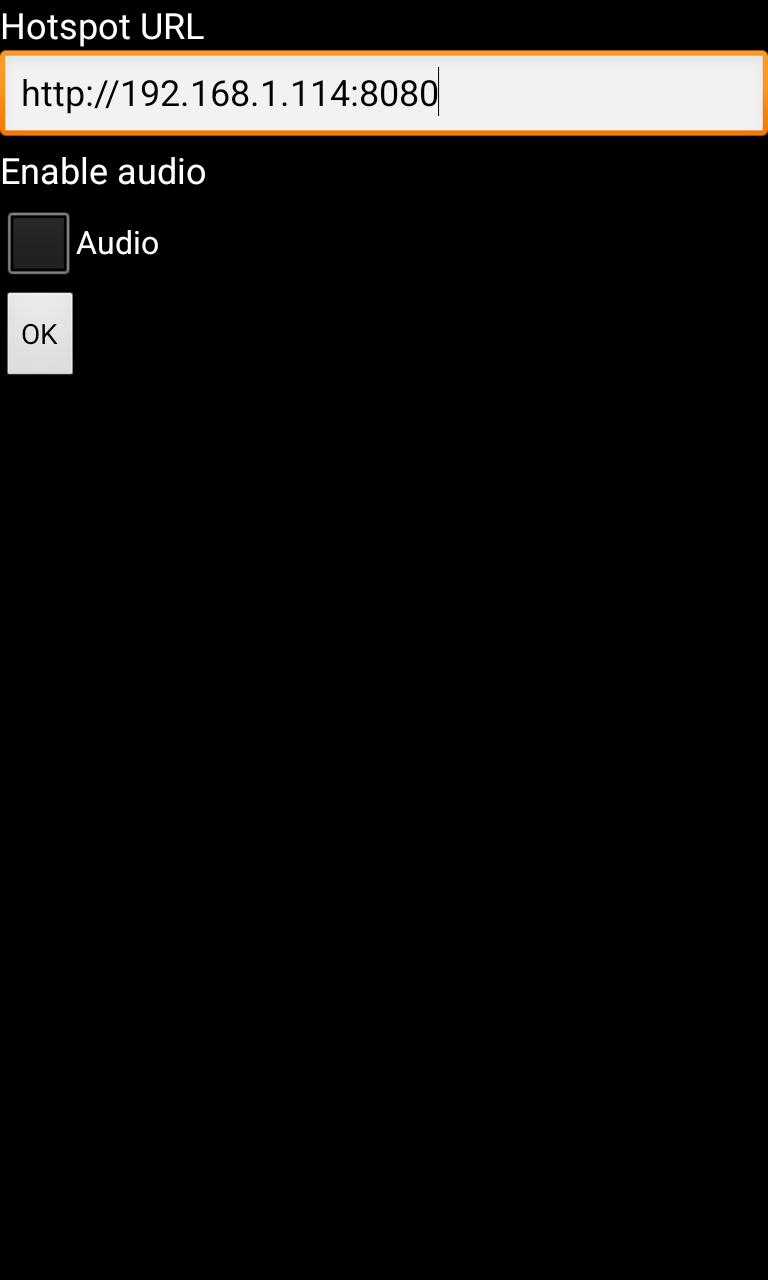
Repository: ebu/ebu-broadcast-hotspot
Layout: eclipse/broadcastinghotspot/res/layout/configuration.xml
An editor plug-in stored every save of this project. The layout is shown before and after the next save, followed by the edit.
It is drawn on a 768 x 1280 px phone screen (xhdpi) without system bars, with theme android:Theme; the app's code is not run.

Above is the layout before, as saved 2011-08-30 12:43:22.

After the next save:
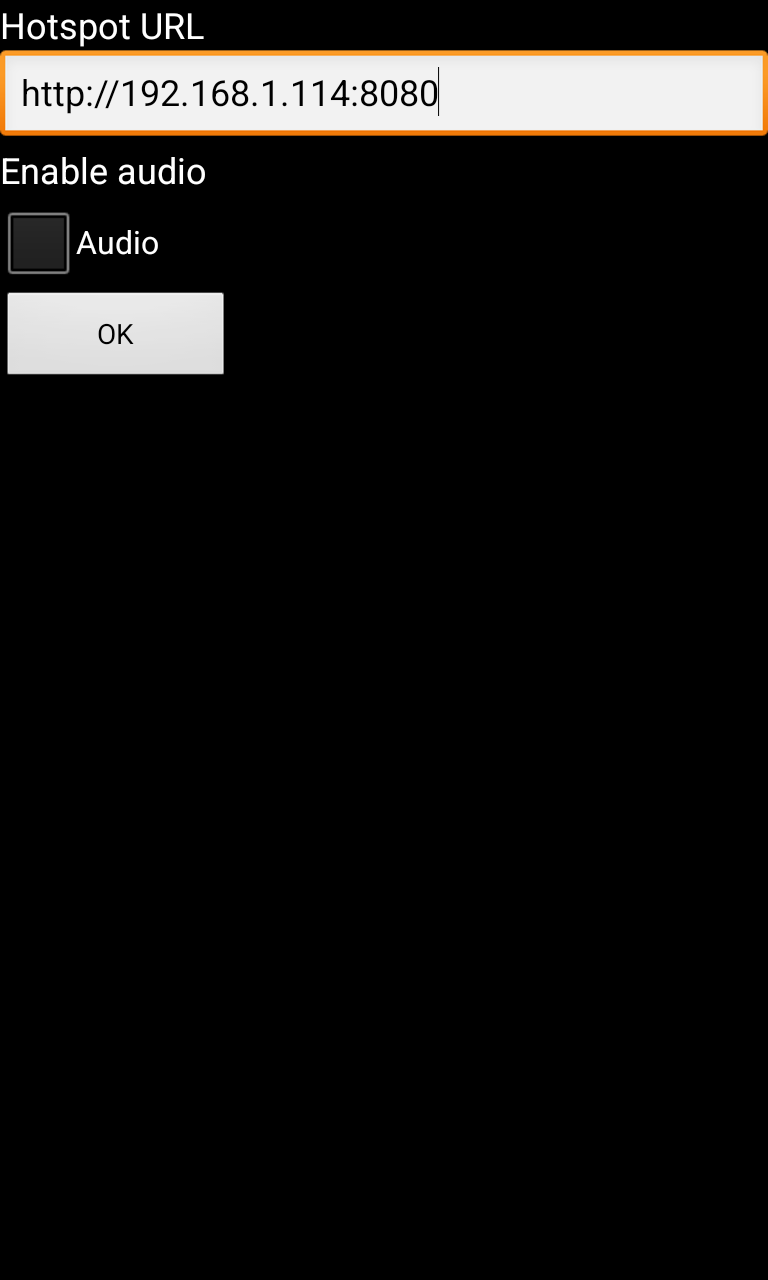
Saved 25 s later.
--- a/eclipse/broadcastinghotspot/res/layout/configuration.xml
+++ b/eclipse/broadcastinghotspot/res/layout/configuration.xml
@@ -31,10 +31,7 @@
 	android:layout_height="wrap_content"></CheckBox>
 
 	<Button
-	android:text="OK"
-	android:id="@+id/OKButton"
-	android:layout_width="wrap_content"
-	android:layout_height="wrap_content"></Button>
+	android:text="OK" android:layout_height="wrap_content" android:id="@+id/OKButton" android:layout_width="116dp"></Button>
 
 
 
